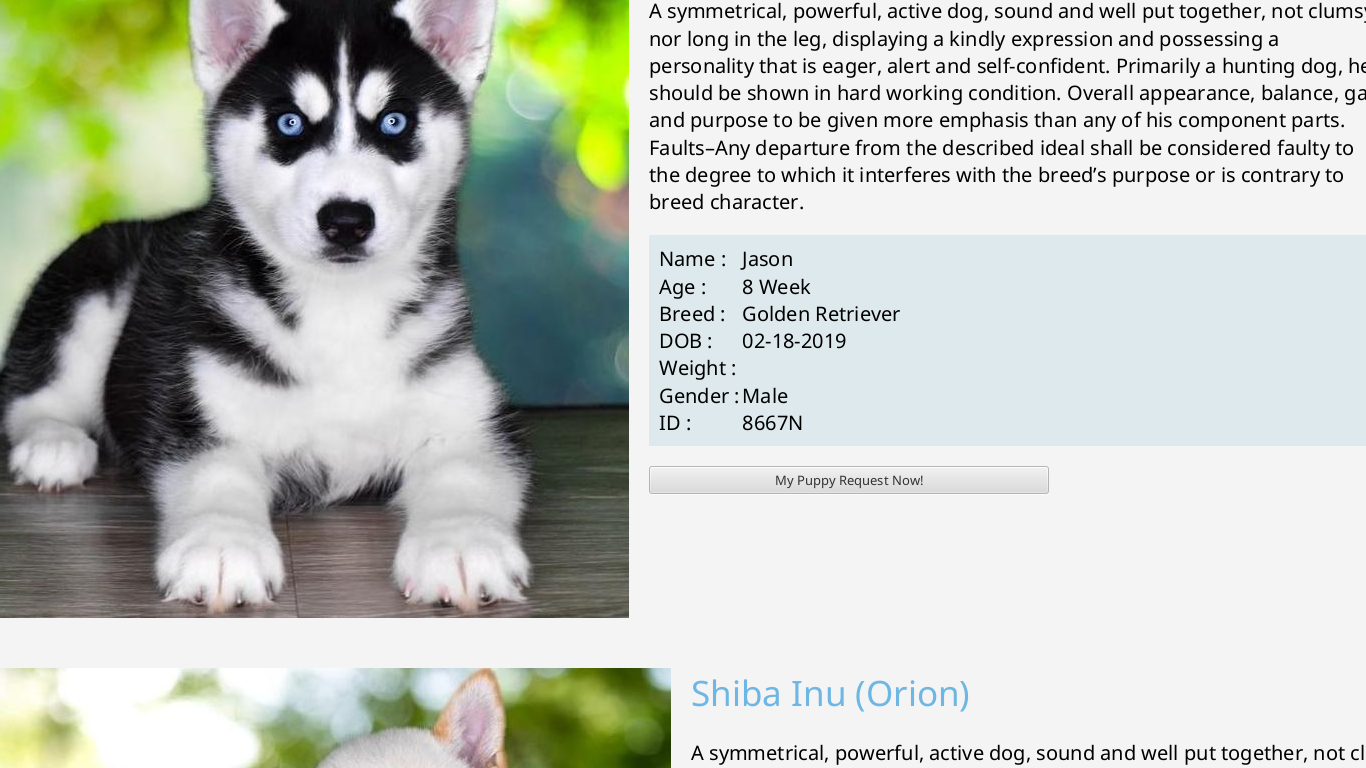
Repository: Cnibungco/CS2450
Program's window: java Assignment4/src/Nursery.java
The author's editor kept a copy of each file at every save. The program's window is drawn from the files as they stood at one save, then again after the next save.
It runs on Java 21 on a 1366 x 768 screen with JavaFX 11; the title bar is not drawn. Parts beyond the screen are cut off. It also reads Assignment4/Pictures/dog1.jpg, Assignment4/Pictures/dog2.jpg.

Above is the program's window before, as saved 2019-04-28 21:07:43.

After the next save:
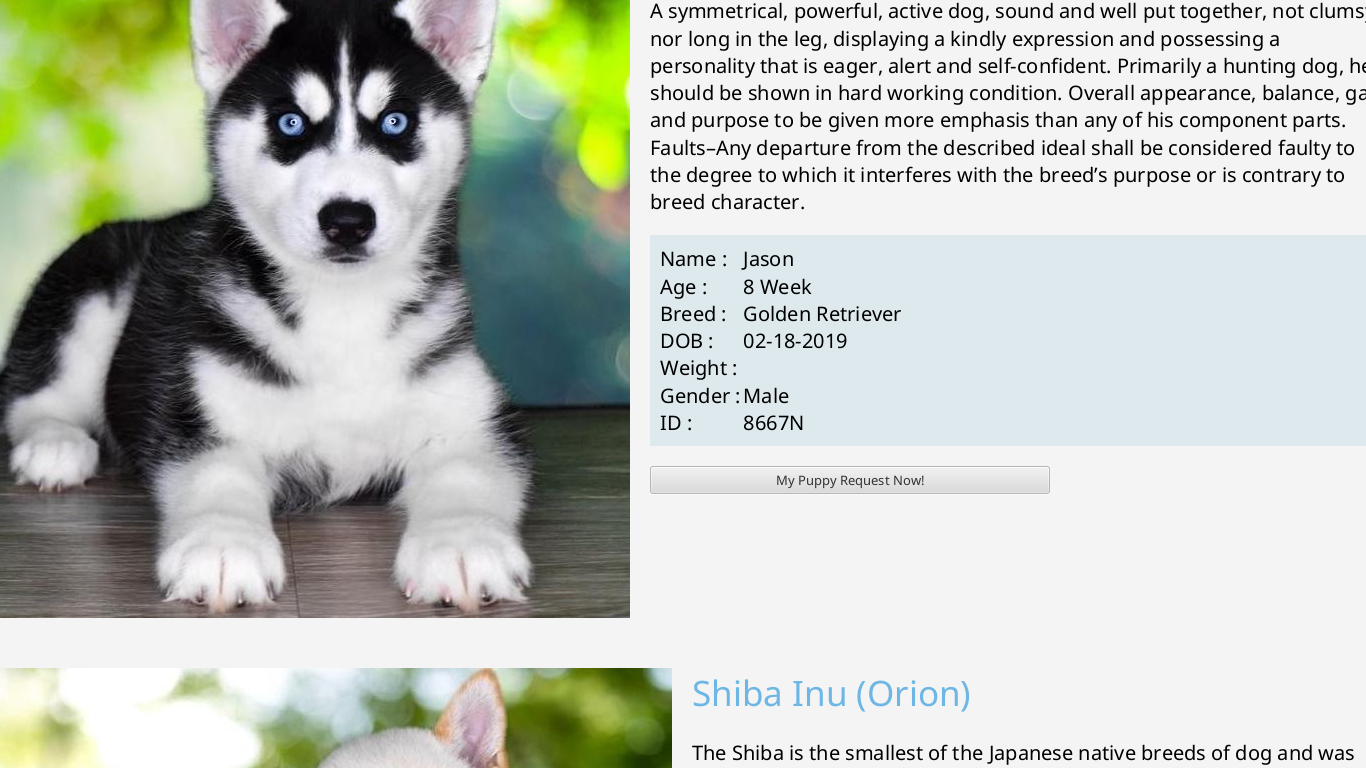
Saved 6 min 49 s later.
--- a/Assignment4/src/Nursery.java
+++ b/Assignment4/src/Nursery.java
@@ -119,7 +119,7 @@
 		Label shibaLabel = new Label("Shiba Inu (Orion)");
 		shibaLabel.setStyle("-fx-font-size:35; -fx-text-fill:#6eb7e5");
 		//goldenRetreverLabel.setFont(new Font(50));
-		Text dog2Description = new Text("A symmetrical, powerful, active dog, sound and well put together, not clumsy \nnor long in the leg, displaying a kindly expression and possessing a \npersonality that is eager, alert and self-confident. Primarily a hunting dog, he\nshould be shown in hard working condition. Overall appearance, balance, gait \nand purpose to be given more emphasis than any of his component parts. \nFaults–Any departure from the described ideal shall be considered faulty to\nthe degree to which it interferes with the breed’s purpose or is contrary to\nbreed character.");
+		Text dog2Description = new Text("The Shiba is the smallest of the Japanese native breeds of dog and was\noriginally developed for hunting by sight and scent in the dense undergrowth\nof Japan’s mountainous areas. Alert and agile with keen senses, he is also an\nexcellent watchdog and companion. His frame is compact with well-developed\nmuscles. Males and females are distinctly different in appearance: males are\nmasculine without coarseness, females are feminine without weakness of\nstructure.");
 		dog2Description.setFont(new Font(20));
 
 		Text dog2NationalCity = new Text("Name :\tJason\nAge :\t8 Week\nBreed :\tGolden Retriever\nDOB :\t02-18-2019\nWeight :\nGender :\tMale\nID :\t\t8667N");
